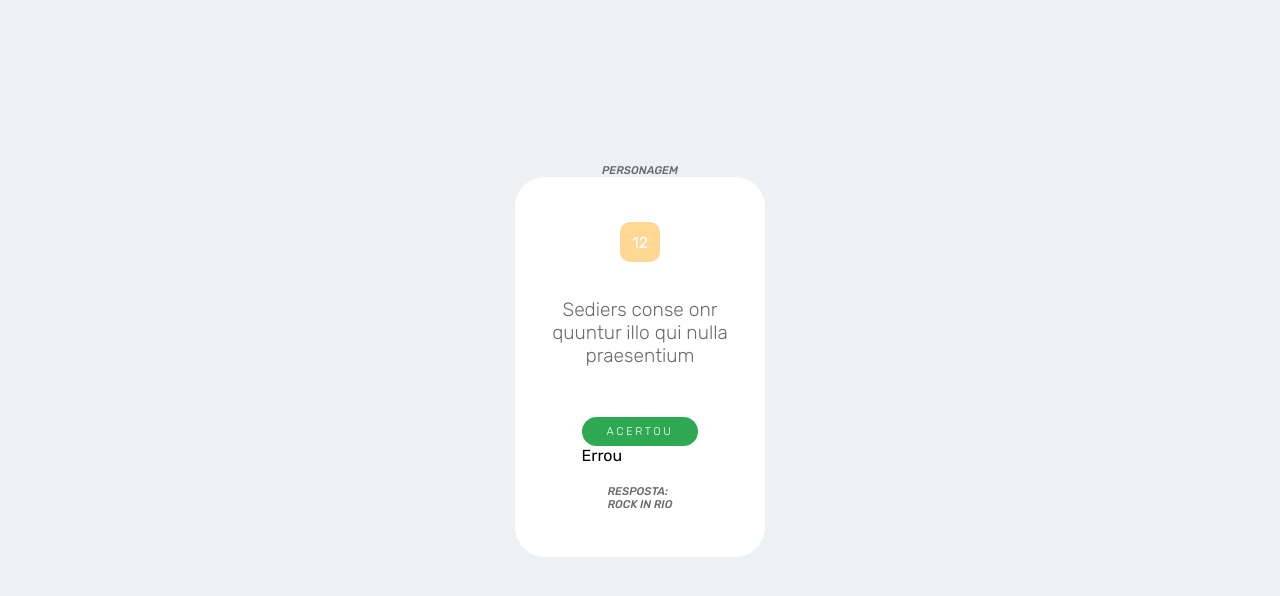
Repository: lucasthaynan/acertai
Page: index.html
An editor plug-in stored every save of this project. The page is shown before and after the next save, followed by the edit.
The browser window is 1280 px wide. The pictures show the whole page.

Above is the page before, as saved 2024-04-14 20:44:14.

After the next save:
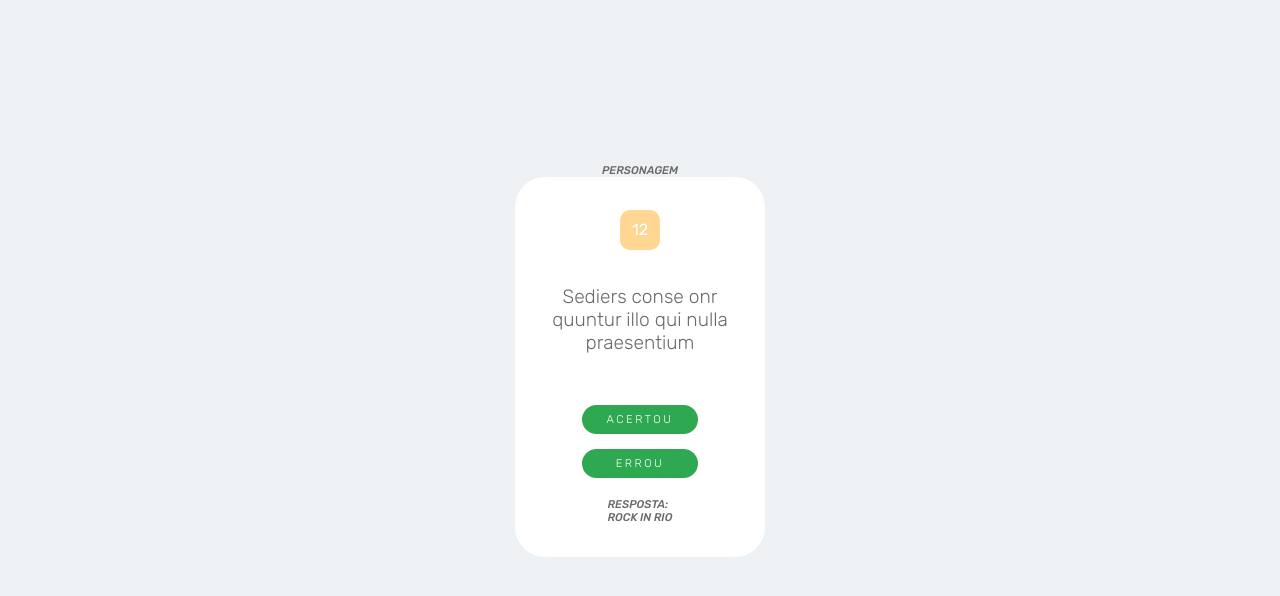
Saved 13 s later.
--- a/style.css
+++ b/style.css
@@ -380,3 +380,20 @@ section.select-tips .container.tip .right {
 
     border: 0px;
 }
+
+section.select-tips .container.tip .missed {
+
+    background-color: var(--btn-right);
+    color: var(--text-claro);
+    text-align: center;
+    padding: 8px 25px;
+    border-radius: 50px;
+    margin-top: 15px;
+
+    letter-spacing: 2.5px;
+    text-transform: uppercase;
+    font-weight: 300;
+    font-size: 0.7rem;
+
+    border: 0px;
+}
